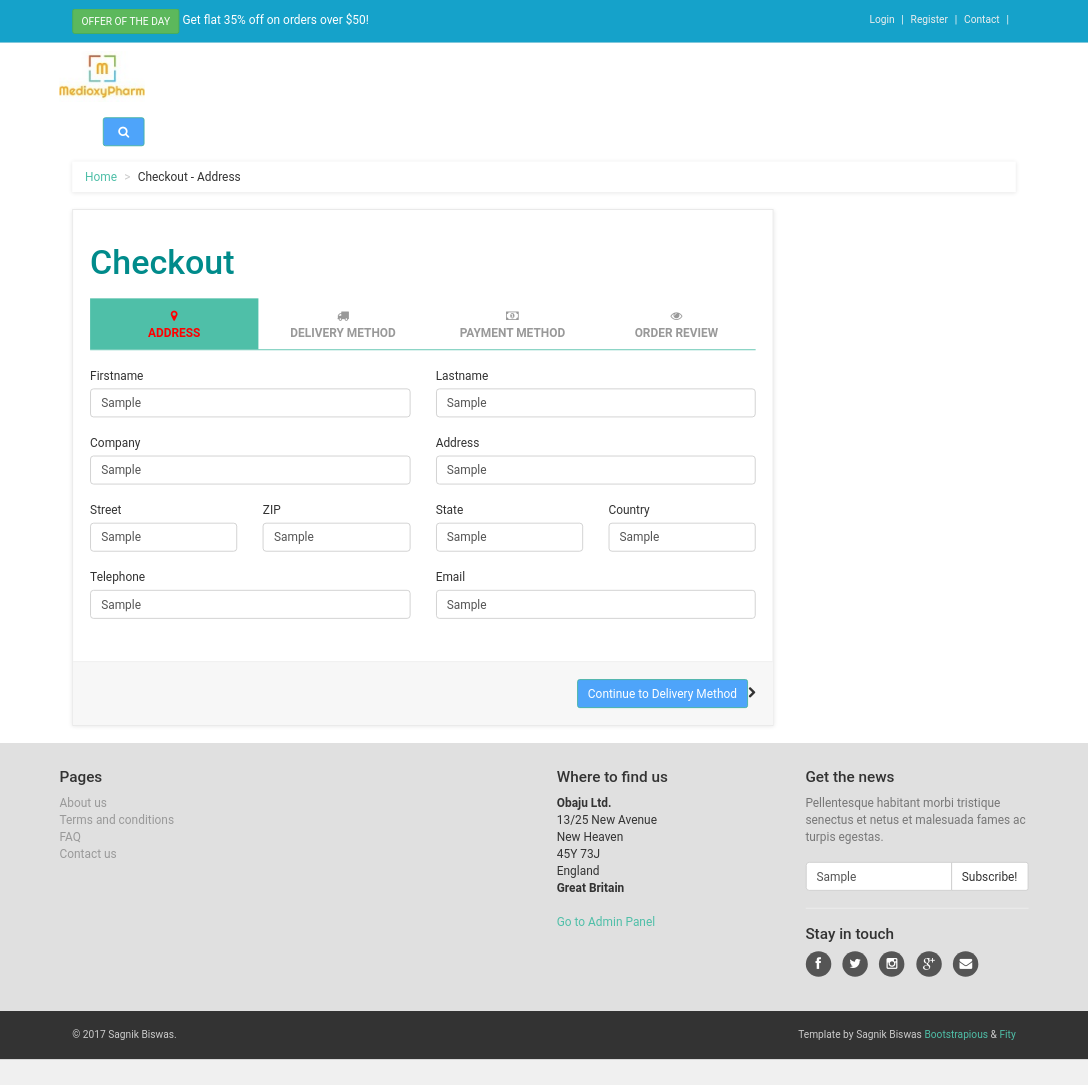
Repository: Sagnikb9/Java-Devops-Ecommerce
Page: http://localhost/MedioxyPharm/WEB-INF/views/checkout1.jsp
An editor plug-in stored every save of this project. The page is shown before and after the next save, followed by the edit.
The browser window is 1280 px wide. The pictures show the whole page, at 85% of full size.
Empty fields were first filled with sample values (such as "Sample", 5 or name@example.com).
After loading, the first visible `form` was submitted once.
Some web fonts or font styles are not loaded; a fallback is used. The page is served by Tomcat 9. Nobody is signed in. The template is opened directly, without the code that normally fills it, so the values that code supplies are empty.

Above is the page before, as saved 2017-11-22 12:31:28.

After the next save:
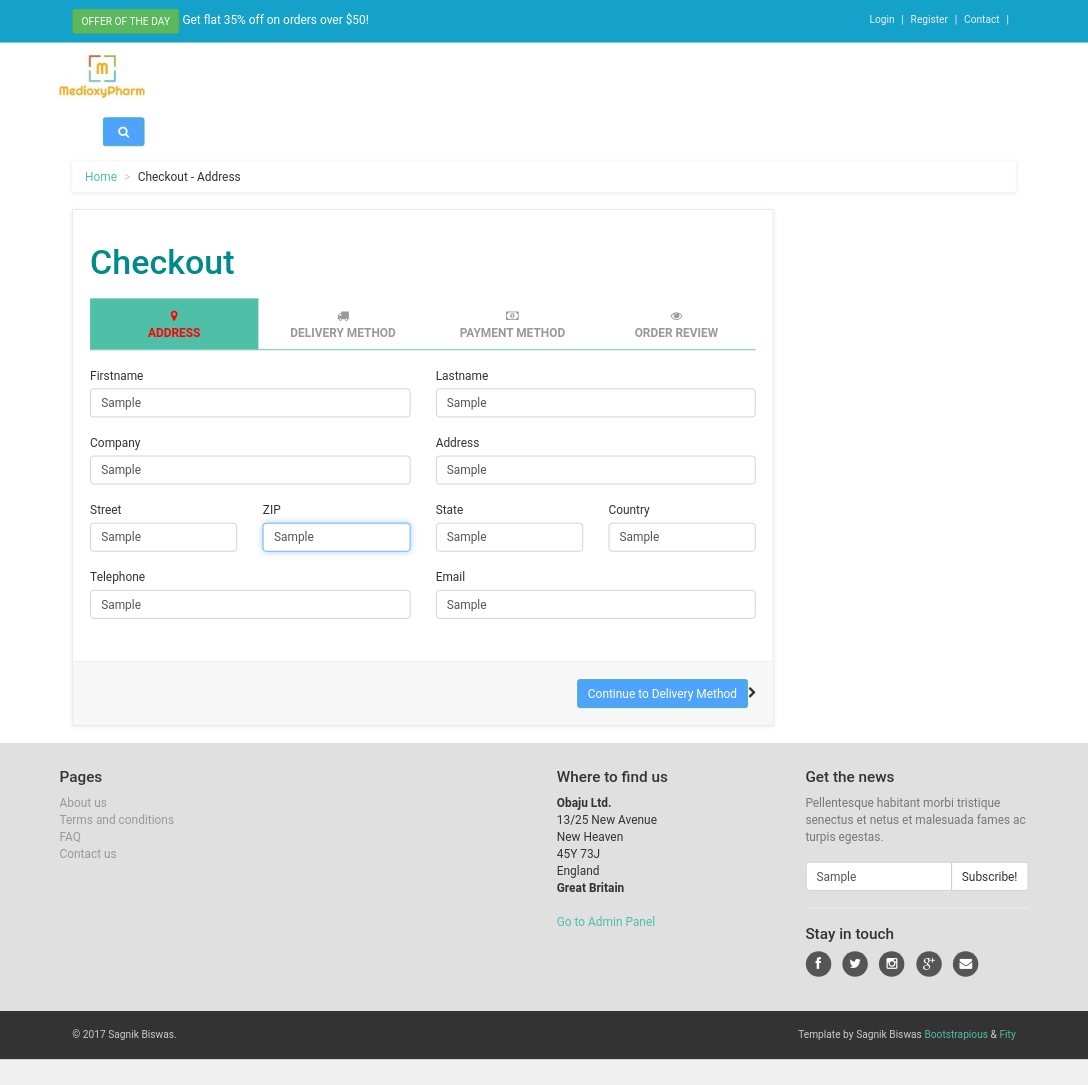
Saved 48 s later.
--- a/MedioxyPharm/src/main/webapp/WEB-INF/views/checkout1.jsp
+++ b/MedioxyPharm/src/main/webapp/WEB-INF/views/checkout1.jsp
@@ -179,7 +179,7 @@ function validateForm() {
     else
     {
     alert('Please enter valid zip code');
-
+    zip.focus();
     return false;
     }
 
